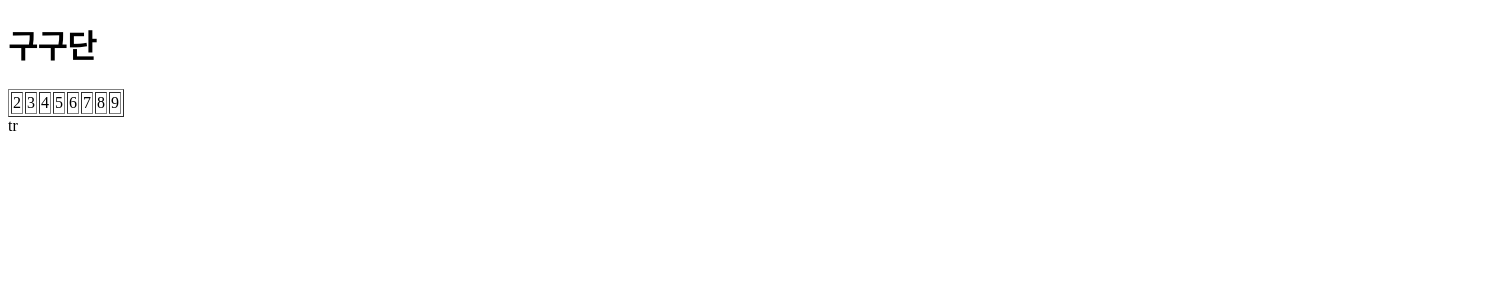
Repository: jihyeon00/java_web_sol
Page: http://localhost/jspweb_07/gugu.jsp
An editor plug-in stored every save of this project. The page is shown before and after the next save, followed by the edit.
The browser window is 1280 px wide. The page is 1280 px wide, then 1498 px, so the pictures cover 1498 px, including what lies to the right of the window. The pictures show the whole page.
The page is served by Tomcat 9.

Above is the page before, as saved 2024-01-11 02:37:23.

After the next save:
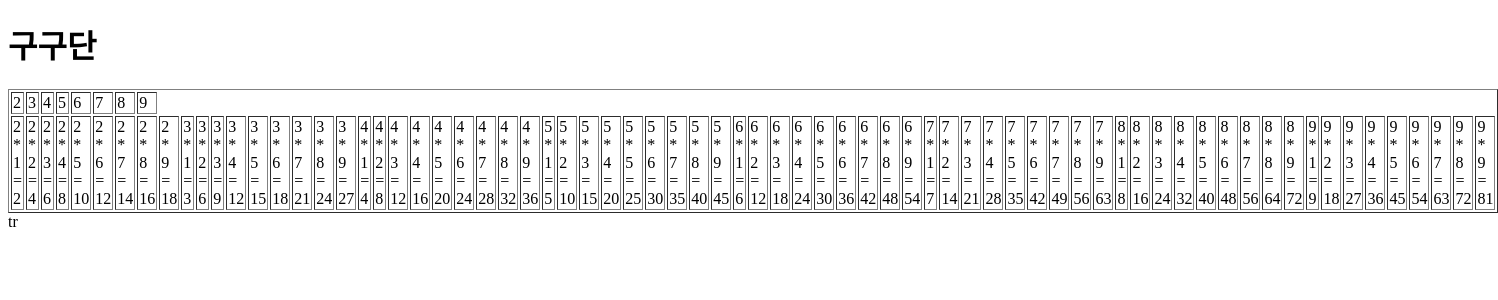
Saved 103 s later.
--- a/workspace_stsb/jspweb_07/src/main/webapp/gugu.jsp
+++ b/workspace_stsb/jspweb_07/src/main/webapp/gugu.jsp
@@ -11,13 +11,18 @@
 	<%
 		out.println("<table border ='1'>");
 
-				out.println("<tr>");
+		out.println("<tr>");
 		for(int i = 2; i<=9;i++){
 				out.println("<td>"+ i +"</td>");
 			}
-				out.println("</tr>");
+		out.println("</tr>");
+		out.println("<tr>");
+		for(int i = 2; i<=9;i++){
 			for(int j=1;j<=9;j++){
+				out.println("<td>"+ i + " * " + j + " = " + i*j +"</td>");
+			}
 		}
+		out.println("</tr>");
 
 
 		out.println("</table>");
